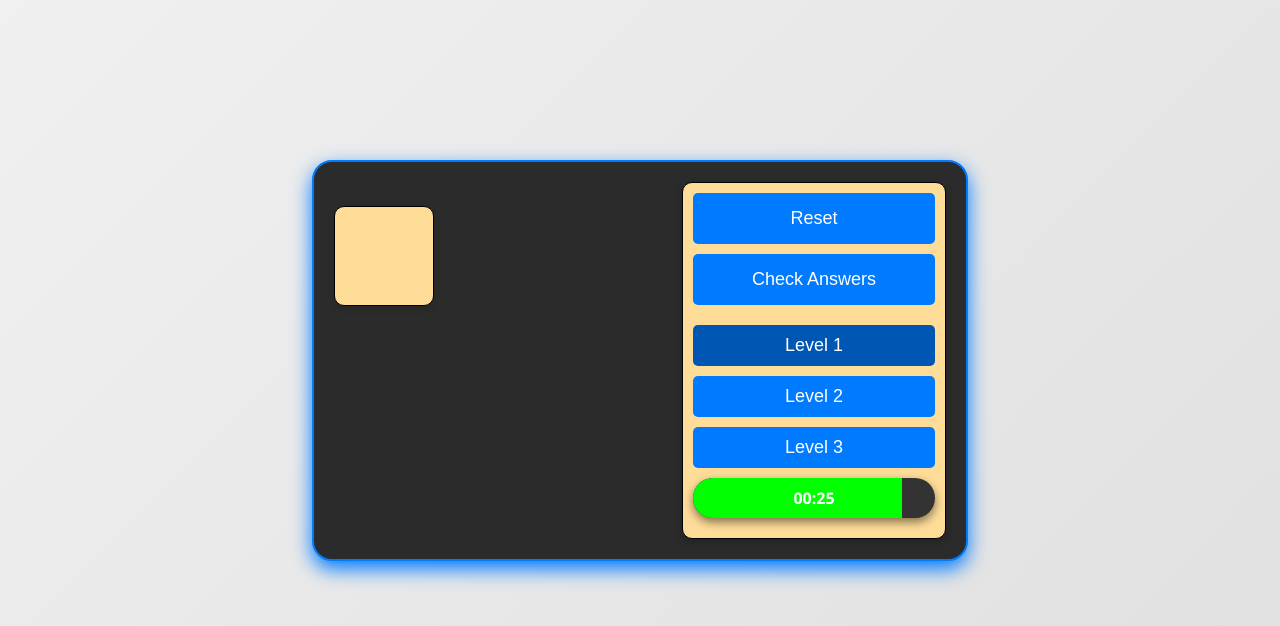
Repository: radisyah/THE_BRAIN_STORM
Page: coba.html
The author's editor kept a copy of each file at every save. The page is drawn from the files as they stood at one save, then again after the next save.
The browser window is 1280 px wide. The pictures show the whole page.

Above is the page before, as saved 2024-10-23 01:16:45.

After the next save:
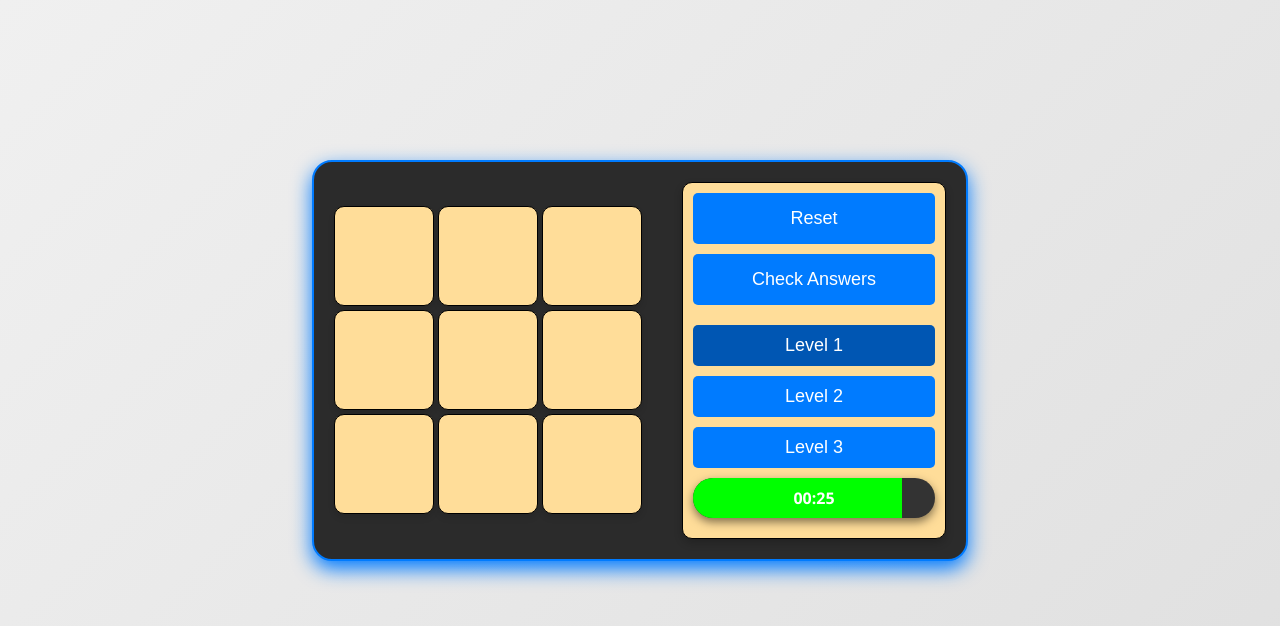
Saved 30 s later.
--- a/coba.html
+++ b/coba.html
@@ -188,9 +188,27 @@
 
     <script>
         const gridSizes = {
-            3: [{ correct: 0 }],
-            5: [{ correct: 11 }],
-            7: [{ correct: 10 }],
+            3: [
+                { correct: 0 }, { correct: 1 }, { correct: 1 },
+                { correct: 2 }, { correct: 3 }, { correct: 5 },
+                { correct: 8 }, { correct: 13 }, { correct: 21 }
+            ],
+            5: [
+                { correct: 0 }, { correct: 0 }, { correct: 1 }, { correct: 0 }, { correct: 0 },
+                { correct: 0 }, { correct: 1 }, { correct: 0 }, { correct: 1 }, { correct: 0 },
+                { correct: 1 }, { correct: 0 }, { correct: 2 }, { correct: 0 }, { correct: 1 },
+                { correct: 1 }, { correct: 3 }, { correct: 0 }, { correct: 3 }, { correct: 1 },
+                { correct: 1 }, { correct: 4 }, { correct: 6 }, { correct: 4 }, { correct: 1 }
+            ],
+            7:  [
+                { correct: 0 }, { correct: 1 }, { correct: 1 }, { correct: 2 }, { correct: 3 }, { correct: -1 }, { correct: 4 },
+                { correct: -5 }, { correct: -1 }, { correct: -6 }, { correct: -7 }, { correct: 1 }, { correct: -8 }, { correct: 9 },
+                { correct: 1 }, { correct: 10 }, { correct: 11 }, { correct: -1 }, { correct: 12 }, { correct: -13 }, { correct: -1 },
+                { correct: -14 }, { correct: -15 }, { correct: 1 }, { correct: -16 }, { correct: 17 }, { correct: 1 }, { correct: 18 },
+                { correct: 19 }, { correct: -1 }, { correct: 28 }, { correct: -21 }, { correct: -1 }, { correct: -22 }, { correct: -23 },
+                { correct: 1 }, { correct: -24 }, { correct: 25 }, { correct: 1 }, { correct: 26 }, { correct: 27 }, { correct: -1 },
+                { correct: 28 }, { correct: -29 }, { correct: -1 }, { correct: -30 }, { correct: -31 }, { correct: 1 }, { correct: -32 },
+            ]
         };
 
         let currentLevel = 1; // Start from level 1
@@ -200,7 +218,6 @@
         let score = 0; // Global cumulative score
         const answeredCorrectly = new Set(); // Track which inputs have been answered correctly
         const answeredIncorrectly = new Set(); // Track which inputs have been answered incorrectly
-        let checkTimeout; // Variabel untuk menyimpan ID timer pengecekan input
 
         // Initialize the game with Level 1 active
         document.getElementById('level1').disabled = false;
@@ -223,6 +240,7 @@
             const restartButton = document.getElementById('restart-button'); // Add your restart button element
             restartButton.addEventListener('click', restartGame);
         }
+
 
         function formatTime(time) {
             const minutes = Math.floor(time / 60);
@@ -324,55 +342,36 @@
         }
 
         function checkInput(input, index) {
-            const correctAnswer = parseInt(input.dataset.correct); // Get correct answer from data-correct
-
-            // Cek jika input kosong
+            const correctAnswer = parseInt(input.dataset.correct);  // Get correct answer from data-correct
+            const userAnswer = parseInt(input.value);  // Get user answer as a number
+
+            // Check if input is empty
             if (input.value.trim() === '') {
-                input.classList.remove('correct', 'wrong'); // Reset styles jika kosong
-                return; // Tidak perlu melakukan pengecekan lebih lanjut
-            }
-
-            // Hapus timer jika ada input baru
-            clearTimeout(checkTimeout);
-
-            // Cek panjang input
-            if (input.value.length === 1) {
-                // Tunggu 1 detik sebelum melakukan pengecekan jika hanya satu digit
-                checkTimeout = setTimeout(() => {
-                    performCheck(input, correctAnswer, index); // Panggil fungsi pengecekan setelah 1 detik
-                }, 1000);
-            } else if (input.value.length >= 2) {
-                // Jika panjang input 2 atau lebih, langsung cek
-                performCheck(input, correctAnswer, index);
-            }
-        }
-
-        function performCheck(input, correctAnswer, index) {
-            const userAnswer = parseInt(input.value); // Mendapatkan jawaban pengguna
-
-            // Jika jawaban benar
-            if (userAnswer === correctAnswer) {
-                if (!answeredCorrectly.has(index)) { // Cek jika sudah dijawab dengan benar
+                input.classList.remove('correct', 'wrong'); // Reset styles if empty
+            }
+            // If the answer is correct
+            else if (userAnswer === correctAnswer) {
+                if (!answeredCorrectly.has(index)) { // Check if already answered correctly
                     score += 150;
-                    answeredCorrectly.add(index); // Tandai input ini sebagai dijawab dengan benar
+                    answeredCorrectly.add(index); // Mark this input as answered correctly
                     document.getElementById('score-display').textContent = `Score: ${score}`;
                 }
                 input.classList.add('correct');
                 input.classList.remove('wrong');
-                input.disabled = true; // Disable input jika benar
-            }
-            // Jika jawaban salah
+                input.disabled = true; // Disable input if correct
+            }
+            // If the answer is incorrect
             else {
-                if (!answeredIncorrectly.has(index)) { // Cek jika sudah dijawab dengan salah
-                    score -= 75; // Kurangi untuk jawaban salah
-                    answeredIncorrectly.add(index); // Tandai input ini sebagai dijawab dengan salah
+                if (!answeredIncorrectly.has(index)) { // Check if already answered incorrectly
+                    score -= 75; // Deduct for incorrect answer
+                    answeredIncorrectly.add(index); // Mark this input as answered incorrectly
                     document.getElementById('score-display').textContent = `Score: ${score}`;
                 }
                 input.classList.add('wrong');
                 input.classList.remove('correct');
             }
 
-            // Cek semua jawaban untuk memicu level berikutnya
+            // Check all answers to trigger next level
             checkAllAnswers();
         }
 
@@ -393,7 +392,7 @@
             });
 
             if (allCorrect && allFilled) {
-                setTimeout(() => nextLevel(), 1000); // Pindah ke level berikutnya setelah 1 detik delay
+                setTimeout(() => nextLevel(), 1000); // Move to next level after 1 second delay
             }
         }
 
@@ -444,6 +443,5 @@
     </script>
 
 
-
 </body>
 </html>
